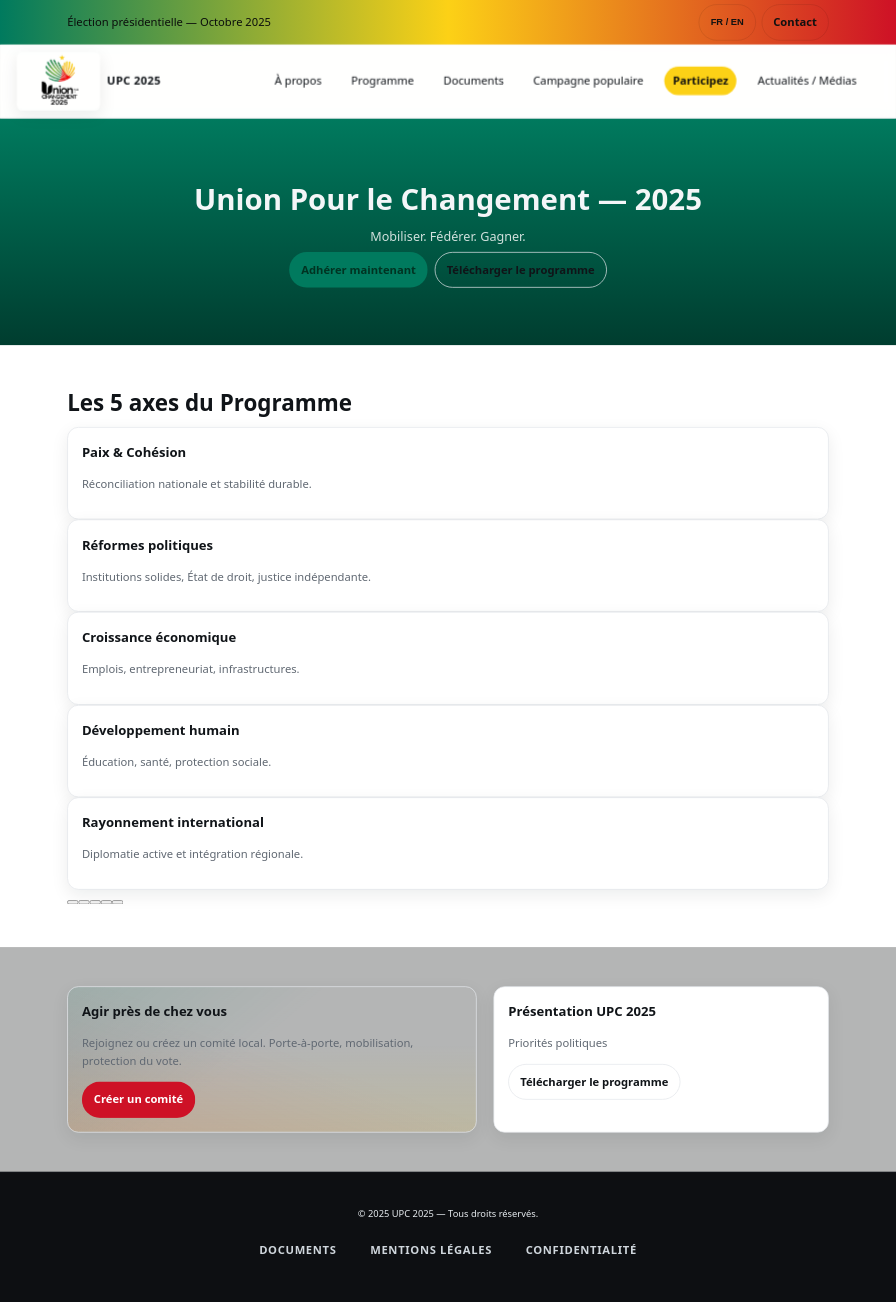
Repository: Kishny/upc2025
Page: index.html
An editor plug-in stored every save of this project. The page is shown before and after the next save, followed by the edit.
The browser window is 1280 px wide. The pictures show the whole page, at 70% of full size.

Above is the page before, as saved 2025-09-11 01:48:26.

After the next save:
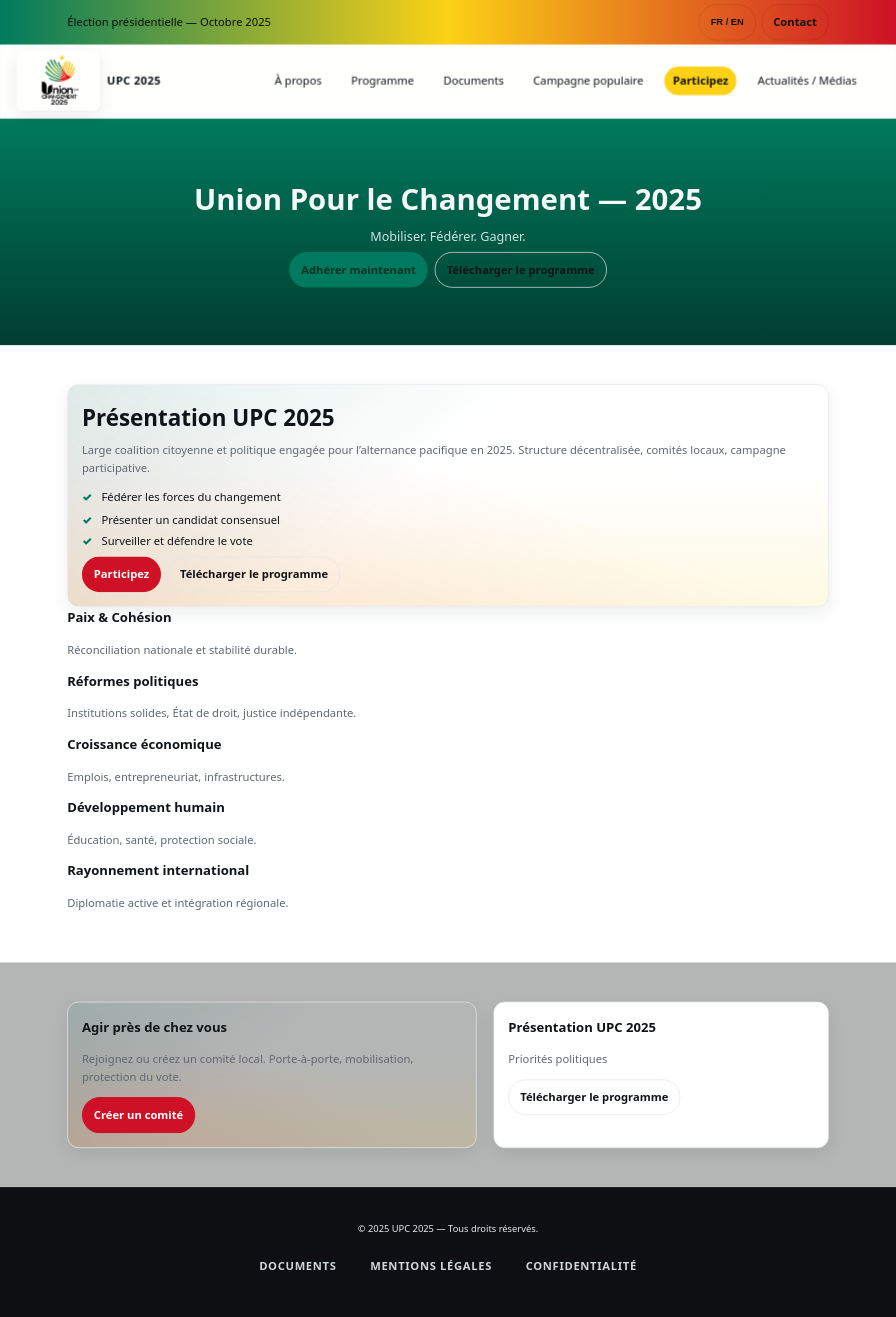
Saved 9 min 29 s later.
--- a/index.html
+++ b/index.html
@@ -99,41 +99,97 @@
       </div>
     </section>
 
-    <!-- Slider des axes du Programme -->
-    <section class="section">
+    <!-- Programme / Axes en 2 colonnes -->
+    <section class="section" id="programme">
       <div class="container">
-        <h2 data-i18n="program_axes">Les 5 axes du Programme</h2>
-        <div class="axis-slider" id="axisSlider">
-          <div class="axis-slide card">
-            <h3 data-i18n="axis_1_title">Paix & Cohésion</h3>
-            <p data-i18n="axis_1_text">
-              Réconciliation nationale et stabilité durable.
+        <div class="program__grid">
+          <!-- Colonne gauche : présentation UPC 2025 -->
+          <article class="card gradient-cm">
+            <h2 data-i18n="doc_program">UPC 2025 — Programme Commun</h2>
+            <p data-i18n="about_text">
+              Large coalition citoyenne et politique engagée pour l’alternance
+              pacifique en 2025.
             </p>
+
+            <ul class="checklist">
+              <li data-i18n="about_point_1">
+                Fédérer les forces du changement
+              </li>
+              <li data-i18n="about_point_2">
+                Présenter un candidat consensuel
+              </li>
+              <li data-i18n="about_point_3">Surveiller et défendre le vote</li>
+            </ul>
+
+            <div class="hero__cta" style="justify-content: flex-start">
+              <a
+                href="participez.html"
+                class="btn btn--secondary"
+                data-i18n="nav_join"
+                >Participez</a
+              >
+              <a
+                href="documents-officiels.html"
+                class="btn btn--outline"
+                data-i18n="cta_program"
+                >Télécharger le programme</a
+              >
+            </div>
+          </article>
+
+          <!-- Colonne droite : 5 axes -->
+          <div class="axis-list">
+            <article class="axis-item">
+              <h3>
+                <span class="axis-dot axis--green"></span>
+                <span data-i18n="axis_1_title">Paix & Cohésion</span>
+              </h3>
+              <p data-i18n="axis_1_text">
+                Réconciliation nationale et stabilité durable.
+              </p>
+            </article>
+
+            <article class="axis-item">
+              <h3>
+                <span class="axis-dot axis--yellow"></span>
+                <span data-i18n="axis_2_title">Réformes politiques</span>
+              </h3>
+              <p data-i18n="axis_2_text">
+                Institutions solides, État de droit, justice indépendante.
+              </p>
+            </article>
+
+            <article class="axis-item">
+              <h3>
+                <span class="axis-dot axis--red"></span>
+                <span data-i18n="axis_3_title">Croissance économique</span>
+              </h3>
+              <p data-i18n="axis_3_text">
+                Emplois, entrepreneuriat, infrastructures.
+              </p>
+            </article>
+
+            <article class="axis-item">
+              <h3>
+                <span class="axis-dot axis--green"></span>
+                <span data-i18n="axis_4_title">Développement humain</span>
+              </h3>
+              <p data-i18n="axis_4_text">
+                Éducation, santé, protection sociale.
+              </p>
+            </article>
+
+            <article class="axis-item">
+              <h3>
+                <span class="axis-dot axis--yellow"></span>
+                <span data-i18n="axis_5_title">Rayonnement international</span>
+              </h3>
+              <p data-i18n="axis_5_text">
+                Diplomatie active et intégration régionale.
+              </p>
+            </article>
           </div>
-          <div class="axis-slide card">
-            <h3 data-i18n="axis_2_title">Réformes politiques</h3>
-            <p data-i18n="axis_2_text">
-              Institutions solides, État de droit, justice indépendante.
-            </p>
-          </div>
-          <div class="axis-slide card">
-            <h3 data-i18n="axis_3_title">Croissance économique</h3>
-            <p data-i18n="axis_3_text">
-              Emplois, entrepreneuriat, infrastructures.
-            </p>
-          </div>
-          <div class="axis-slide card">
-            <h3 data-i18n="axis_4_title">Développement humain</h3>
-            <p data-i18n="axis_4_text">Éducation, santé, protection sociale.</p>
-          </div>
-          <div class="axis-slide card">
-            <h3 data-i18n="axis_5_title">Rayonnement international</h3>
-            <p data-i18n="axis_5_text">
-              Diplomatie active et intégration régionale.
-            </p>
-          </div>
-        </div>
-        <div class="axis-dots" id="axisDots"></div>
+        </div>
       </div>
     </section>
 
